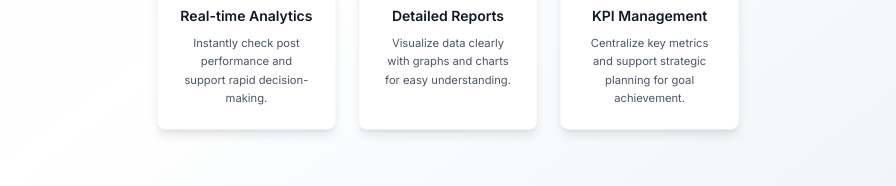
Repository: masayasusuzuki/LogicaMarketingTool
Page: /
The author's editor kept a copy of each file at every save. The page is drawn from the files as they stood at one save, then again after the next save.
The browser window is 1280 px wide. The pictures show the part of the page from y = 709 to 2629 px (the page is 974 px tall before and 2629 px after), at 70% of full size.
The project was rebuilt for these pictures with package versions that can differ from the ones it lists, and the page was loaded fresh each time. The framework's server and built-in components were replaced by stand-ins that run in the browser. Also part of the build but not shown: next.config.js.

Above is the page before, as saved 2025-08-07 12:43:09.

### src/app/layout.tsx
import type { Metadata } from 'next'
import { Inter } from 'next/font/google'
import './globals.css'

const inter = Inter({ subsets: ['latin'] })

export const metadata: Metadata = {
  title: 'LOGICA MARKETING - TikTok Analytics',
  description: 'TikTok Corporate Account Analytics Dashboard',
}

export default function RootLayout({
  children,
}: {
  children: React.ReactNode
}) {
  return (
    <html lang="en">
      <body className={inter.className}>{children}</body>
    </html>
  )
}

### src/app/page.tsx
'use client'

import Link from 'next/link'

export default function Home() {
  return (
    <div className="min-h-screen bg-gradient-to-br from-slate-50 via-white to-slate-100">
      {/* ヘッダー */}
      <header className="bg-white shadow-sm border-b border-gray-200">
        <div className="max-w-7xl mx-auto px-4 sm:px-6 lg:px-8">
          <div className="flex justify-between items-center py-6">
            <div className="flex items-center">
              <div className="w-10 h-10 bg-gradient-to-br from-blue-600 to-indigo-700 rounded-lg flex items-center justify-center mr-3">
                <svg className="w-6 h-6 text-white" fill="currentColor" viewBox="0 0 24 24">
                  <path d="M12.525.02c1.31-.02 2.61-.01 3.91-.02.08 1.53.63 3.09 1.75 4.17 1.12 1.11 2.7 1.62 4.24 1.79v4.03c-1.44-.05-2.89-.35-4.2-.97-.57-.26-1.1-.59-1.62-.93-.01 2.92.01 5.84-.02 8.75-.08 1.4-.54 2.79-1.35 3.94-1.31 1.92-3.58 3.17-5.91 3.21-1.43.08-2.86-.31-4.08-1.03-2.02-1.19-3.44-3.37-3.65-5.71-.02-.5-.03-1-.01-1.49.18-1.9 1.12-3.72 2.58-4.96 1.66-1.44 3.98-2.13 6.15-1.72.02 1.48-.04 2.96-.04 4.44-.99-.32-2.15-.23-3.02.37-.63.41-1.11 1.04-1.36 1.75-.21.51-.15 1.07-.14 1.61.24 1.64 1.82 3.02 3.5 2.87 1.12-.01 2.19-.66 2.77-1.61.19-.33.4-.67.41-1.06.1-1.79.06-3.57.07-5.36.01-4.03-.01-8.05.02-12.07z"/>
                </svg>
              </div>
              <h1 className="text-2xl font-bold text-gray-900">
                <span className="text-blue-600">LOGICA</span>
                <span className="text-gray-700"> MARKETING</span>
              </h1>
            </div>
            <nav className="hidden md:flex space-x-8">
              <a href="#features" className="text-gray-600 hover:text-gray-900 font-medium">Features</a>
              <a href="#about" className="text-gray-600 hover:text-gray-900 font-medium">About</a>
              <a href="#contact" className="text-gray-600 hover:text-gray-900 font-medium">Contact</a>
            </nav>
          </div>
        </div>
      </header>

      {/* メインコンテンツ */}
      <main className="flex items-center justify-center min-h-screen py-20">
        <div className="text-center max-w-4xl mx-auto px-4 sm:px-6 lg:px-8">
          {/* ヒーローセクション */}
          <div className="mb-16">
            <div className="inline-flex items-center px-4 py-2 bg-blue-50 text-blue-700 rounded-full text-sm font-medium mb-8 border border-blue-200">
              <svg className="w-4 h-4 mr-2" fill="currentColor" viewBox="0 0 20 20">
                <path fillRule="evenodd" d="M10 18a8 8 0 100-16 8 8 0 000 16zm3.707-9.293a1 1 0 00-1.414-1.414L9 10.586 7.707 9.293a1 1 0 00-1.414 1.414l2 2a1 1 0 001.414 0l4-4z" clipRule="evenodd"/>
              </svg>
              Enterprise Analytics Platform
            </div>

            <h1 className="text-5xl font-bold text-gray-900 mb-6 leading-tight">
              TikTok Corporate Account
              <br />
              <span className="text-blue-600">Analytics Dashboard</span>
            </h1>

            <p className="text-xl text-gray-600 leading-relaxed mb-10 max-w-3xl mx-auto">
              Comprehensive analysis of corporate TikTok account performance,
              supporting data-driven marketing strategy development.
            </p>

            <div className="flex justify-center">
              <Link
                href="/dashboard"
                className="inline-flex items-center justify-center px-8 py-4 bg-blue-600 hover:bg-blue-700 text-white font-semibold rounded-lg text-lg transition-colors duration-200 shadow-lg hover:shadow-xl"
              >
                <svg className="w-5 h-5 mr-3" fill="currentColor" viewBox="0 0 24 24">
                  <path d="M12.525.02c1.31-.02 2.61-.01 3.91-.02.08 1.53.63 3.09 1.75 4.17 1.12 1.11 2.7 1.62 4.24 1.79v4.03c-1.44-.05-2.89-.35-4.2-.97-.57-.26-1.1-.59-1.62-.93-.01 2.92.01 5.84-.02 8.75-.08 1.4-.54 2.79-1.35 3.94-1.31 1.92-3.58 3.17-5.91 3.21-1.43.08-2.86-.31-4.08-1.03-2.02-1.19-3.44-3.37-3.65-5.71-.02-.5-.03-1-.01-1.49.18-1.9 1.12-3.72 2.58-4.96 1.66-1.44 3.98-2.13 6.15-1.72.02 1.48-.04 2.96-.04 4.44-.99-.32-2.15-.23-3.02.37-.63.41-1.11 1.04-1.36 1.75-.21.51-.15 1.07-.14 1.61.24 1.64 1.82 3.02 3.5 2.87 1.12-.01 2.19-.66 2.77-1.61.19-.33.4-.67.41-1.06.1-1.79.06-3.57.07-5.36.01-4.03-.01-8.05.02-12.07z"/>
                </svg>
                Login with TikTok
              </Link>
            </div>
          </div>

          {/* 機能ハイライト */}
          <div id="features" className="grid grid-cols-1 md:grid-cols-3 gap-8">
            <div className="bg-white rounded-xl p-8 shadow-lg border border-gray-100">
              <div className="w-12 h-12 bg-gradient-to-br from-blue-500 to-indigo-600 rounded-lg flex items-center justify-center mb-6">
                <svg className="w-6 h-6 text-white" fill="none" stroke="currentColor" viewBox="0 0 24 24">
                  <path strokeLinecap="round" strokeLinejoin="round" strokeWidth={2} d="M9 19v-6a2 2 0 00-2-2H5a2 2 0 00-2 2v6a2 2 0 002 2h2a2 2 0 002-2zm0 0V9a2 2 0 012-2h2a2 2 0 012 2v10m-6 0a2 2 0 002 2h2a2 2 0 002-2m0 0V5a2 2 0 012-2h2a2 2 0 012 2v14a2 2 0 01-2 2h-2a2 2 0 01-2-2z" />
                </svg>
              </div>
              <h3 className="text-xl font-semibold text-gray-900 mb-3">Real-time Analytics</h3>
              <p className="text-gray-600 leading-relaxed">
                Instantly check post performance and support rapid decision-making.
              </p>
            </div>

            <div className="bg-white rounded-xl p-8 shadow-lg border border-gray-100">
              <div className="w-12 h-12 bg-gradient-to-br from-green-500 to-emerald-600 rounded-lg flex items-center justify-center mb-6">
                <svg className="w-6 h-6 text-white" fill="none" stroke="currentColor" viewBox="0 0 24 24">
                  <path strokeLinecap="round" strokeLinejoin="round" strokeWidth={2} d="M13 7h8m0 0v8m0-8l-8 8-4-4-6 6" />
                </svg>
              </div>
              <h3 className="text-xl font-semibold text-gray-900 mb-3">Detailed Reports</h3>
              <p className="text-gray-600 leading-relaxed">
                Visualize data clearly with graphs and charts for easy understanding.
              </p>
            </div>

            <div className="bg-white rounded-xl p-8 shadow-lg border border-gray-100">
              <div className="w-12 h-12 bg-gradient-to-br from-purple-500 to-pink-600 rounded-lg flex items-center justify-center mb-6">
                <svg className="w-6 h-6 text-white" fill="none" stroke="currentColor" viewBox="0 0 24 24">
                  <path strokeLinecap="round" strokeLinejoin="round" strokeWidth={2} d="M12 8c-1.657 0-3 .895-3 2s1.343 2 3 2 3 .895 3 2-1.343 2-3 2m0-8c1.11 0 2.08.402 2.599 1M12 8V7m0 1v8m0 0v1m0-1c-1.11 0-2.08-.402-2.599-1" />
                </svg>
              </div>
              <h3 className="text-xl font-semibold text-gray-900 mb-3">KPI Management</h3>
              <p className="text-gray-600 leading-relaxed">
                Centralize key metrics and support strategic planning for goal achievement.
              </p>
            </div>
          </div>
        </div>
      </main>
    </div>
  )
}

### src/app/globals.css
@tailwind base;
@tailwind components;
@tailwind utilities;

:root {
  --foreground-rgb: 0, 0, 0;
  --background-start-rgb: 214, 219, 220;
  --background-end-rgb: 255, 255, 255;
  --tiktok-pink: #fe2c55;
  --tiktok-black: #121212;
  --tiktok-gray: #8e8e93;
}

@media (prefers-color-scheme: dark) {
  :root {
    --foreground-rgb: 255, 255, 255;
    --background-start-rgb: 0, 0, 0;
    --background-end-rgb: 0, 0, 0;
  }
}

body {
  color: rgb(var(--foreground-rgb));
  background: linear-gradient(
      to bottom,
      transparent,
      rgb(var(--background-end-rgb))
    )
    rgb(var(--background-start-rgb));
}

@layer utilities {
  .text-balance {
    text-wrap: balance;
  }
}

/* カスタムカラーの直接定義 */
.bg-tiktok-pink {
  background-color: var(--tiktok-pink);
}

.text-tiktok-pink {
  color: var(--tiktok-pink);
}

.border-tiktok-pink {
  border-color: var(--tiktok-pink);
}

.bg-tiktok-black {
  background-color: var(--tiktok-black);
}

.text-tiktok-black {
  color: var(--tiktok-black);
}

.bg-tiktok-gray {
  background-color: var(--tiktok-gray);
}

.text-tiktok-gray {
  color: var(--tiktok-gray);
}

/* グラデーション */
.from-tiktok-pink {
  --tw-gradient-from: var(--tiktok-pink);
  --tw-gradient-stops: var(--tw-gradient-from), var(--tw-gradient-to, rgba(254, 44, 85, 0));
}

.to-tiktok-pink {
  --tw-gradient-to: var(--tiktok-pink);
}

/* シャドウ */
.shadow-tiktok-pink\/25 {
  box-shadow: 0 25px 50px -12px rgba(254, 44, 85, 0.25);
}

### tailwind.config.js
/** @type {import('tailwindcss').Config} */
module.exports = {
  content: [
    './src/pages/**/*.{js,ts,jsx,tsx,mdx}',
    './src/components/**/*.{js,ts,jsx,tsx,mdx}',
    './src/app/**/*.{js,ts,jsx,tsx,mdx}',
  ],
  theme: {
    extend: {
      colors: {
        tiktok: {
          pink: '#fe2c55',
          black: '#121212',
          gray: '#8e8e93',
        }
      },
      animation: {
        'pulse': 'pulse 2s cubic-bezier(0.4, 0, 0.6, 1) infinite',
        'bounce': 'bounce 1s infinite',
      },
      backdropBlur: {
        xs: '2px',
      }
    },
  },
  plugins: [],
}

After the next save:
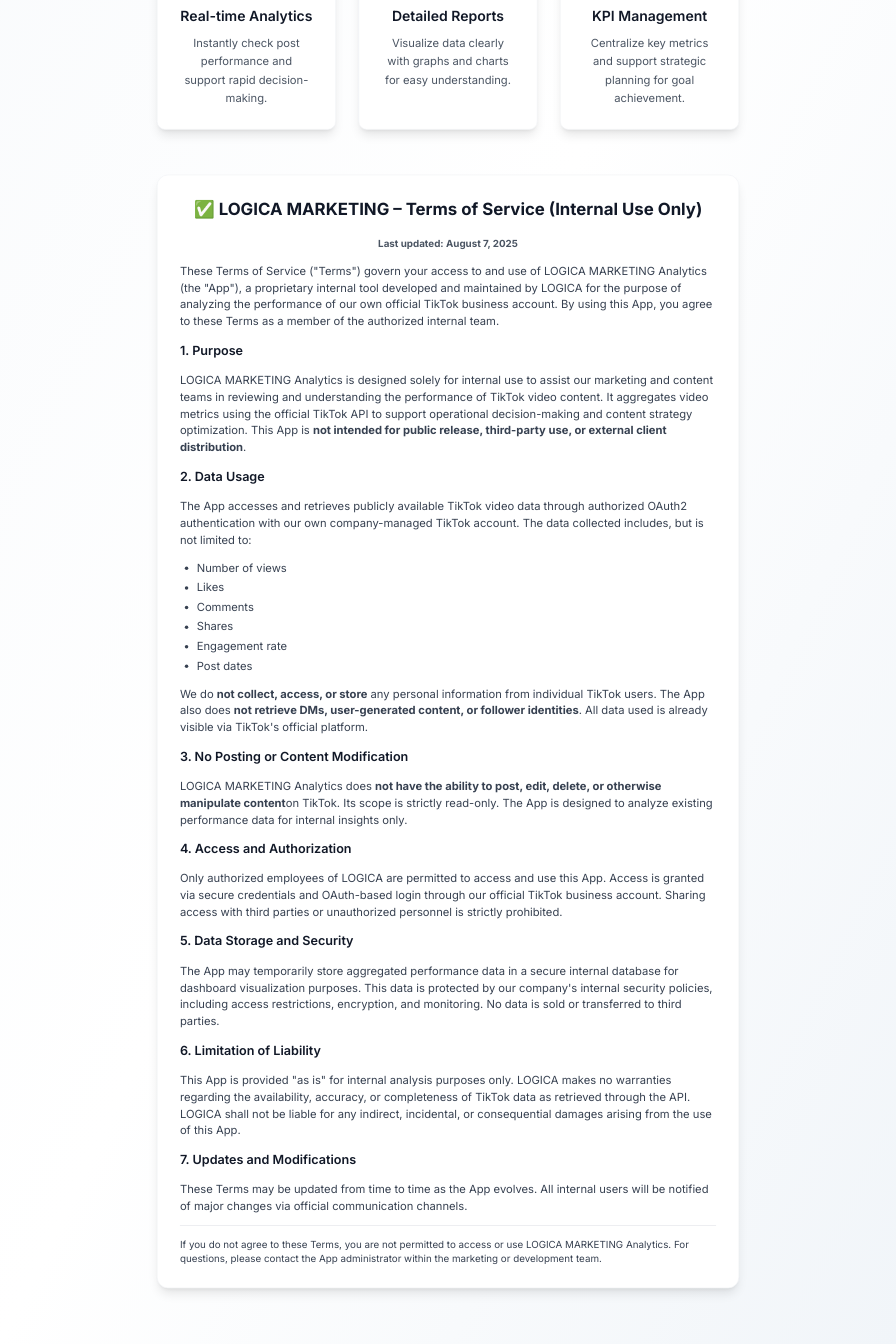
Saved 4 min 17 s later.
--- a/src/app/page.tsx
+++ b/src/app/page.tsx
@@ -66,7 +66,7 @@
           </div>
 
           {/* 機能ハイライト */}
-          <div id="features" className="grid grid-cols-1 md:grid-cols-3 gap-8">
+          <div id="features" className="grid grid-cols-1 md:grid-cols-3 gap-8 mb-16">
             <div className="bg-white rounded-xl p-8 shadow-lg border border-gray-100">
               <div className="w-12 h-12 bg-gradient-to-br from-blue-500 to-indigo-600 rounded-lg flex items-center justify-center mb-6">
                 <svg className="w-6 h-6 text-white" fill="none" stroke="currentColor" viewBox="0 0 24 24">
@@ -103,6 +103,91 @@
               </p>
             </div>
           </div>
+
+          {/* Terms of Service */}
+          <div id="terms" className="bg-white rounded-2xl p-8 shadow-lg border border-gray-100 text-left">
+            <h2 className="text-2xl font-bold text-gray-900 mb-6 text-center">✅ LOGICA MARKETING – Terms of Service (Internal Use Only)</h2>
+
+            <div className="text-sm text-gray-600 mb-4 text-center">
+              <strong>Last updated: August 7, 2025</strong>
+            </div>
+
+            <div className="prose prose-sm max-w-none text-gray-700 space-y-4">
+              <p>
+                These Terms of Service ("Terms") govern your access to and use of LOGICA MARKETING Analytics (the "App"),
+                a proprietary internal tool developed and maintained by LOGICA for the purpose of analyzing the performance
+                of our own official TikTok business account. By using this App, you agree to these Terms as a member of the
+                authorized internal team.
+              </p>
+
+              <h3 className="text-lg font-semibold text-gray-900 mt-6 mb-3">1. Purpose</h3>
+              <p>
+                LOGICA MARKETING Analytics is designed solely for internal use to assist our marketing and content teams
+                in reviewing and understanding the performance of TikTok video content. It aggregates video metrics using
+                the official TikTok API to support operational decision-making and content strategy optimization.
+                This App is <strong>not intended for public release, third-party use, or external client distribution</strong>.
+              </p>
+
+              <h3 className="text-lg font-semibold text-gray-900 mt-6 mb-3">2. Data Usage</h3>
+              <p>
+                The App accesses and retrieves publicly available TikTok video data through authorized OAuth2 authentication
+                with our own company-managed TikTok account. The data collected includes, but is not limited to:
+              </p>
+              <ul className="list-disc pl-6 space-y-1">
+                <li>Number of views</li>
+                <li>Likes</li>
+                <li>Comments</li>
+                <li>Shares</li>
+                <li>Engagement rate</li>
+                <li>Post dates</li>
+              </ul>
+              <p className="mt-3">
+                We do <strong>not collect, access, or store</strong> any personal information from individual TikTok users.
+                The App also does <strong>not retrieve DMs, user-generated content, or follower identities</strong>.
+                All data used is already visible via TikTok's official platform.
+              </p>
+
+              <h3 className="text-lg font-semibold text-gray-900 mt-6 mb-3">3. No Posting or Content Modification</h3>
+              <p>
+                LOGICA MARKETING Analytics does <strong>not have the ability to post, edit, delete, or otherwise manipulate content</strong>
+                on TikTok. Its scope is strictly read-only. The App is designed to analyze existing performance data for internal insights only.
+              </p>
+
+              <h3 className="text-lg font-semibold text-gray-900 mt-6 mb-3">4. Access and Authorization</h3>
+              <p>
+                Only authorized employees of LOGICA are permitted to access and use this App. Access is granted via secure
+                credentials and OAuth-based login through our official TikTok business account. Sharing access with third
+                parties or unauthorized personnel is strictly prohibited.
+              </p>
+
+              <h3 className="text-lg font-semibold text-gray-900 mt-6 mb-3">5. Data Storage and Security</h3>
+              <p>
+                The App may temporarily store aggregated performance data in a secure internal database for dashboard
+                visualization purposes. This data is protected by our company's internal security policies, including
+                access restrictions, encryption, and monitoring. No data is sold or transferred to third parties.
+              </p>
+
+              <h3 className="text-lg font-semibold text-gray-900 mt-6 mb-3">6. Limitation of Liability</h3>
+              <p>
+                This App is provided "as is" for internal analysis purposes only. LOGICA makes no warranties regarding
+                the availability, accuracy, or completeness of TikTok data as retrieved through the API. LOGICA shall
+                not be liable for any indirect, incidental, or consequential damages arising from the use of this App.
+              </p>
+
+              <h3 className="text-lg font-semibold text-gray-900 mt-6 mb-3">7. Updates and Modifications</h3>
+              <p>
+                These Terms may be updated from time to time as the App evolves. All internal users will be notified
+                of major changes via official communication channels.
+              </p>
+
+              <div className="border-t border-gray-200 pt-4 mt-6">
+                <p className="text-sm">
+                  If you do not agree to these Terms, you are not permitted to access or use LOGICA MARKETING Analytics.
+                  For questions, please contact the App administrator within the marketing or development team.
+                </p>
+              </div>
+            </div>
+          </div>
         </div>
       </main>
     </div>
